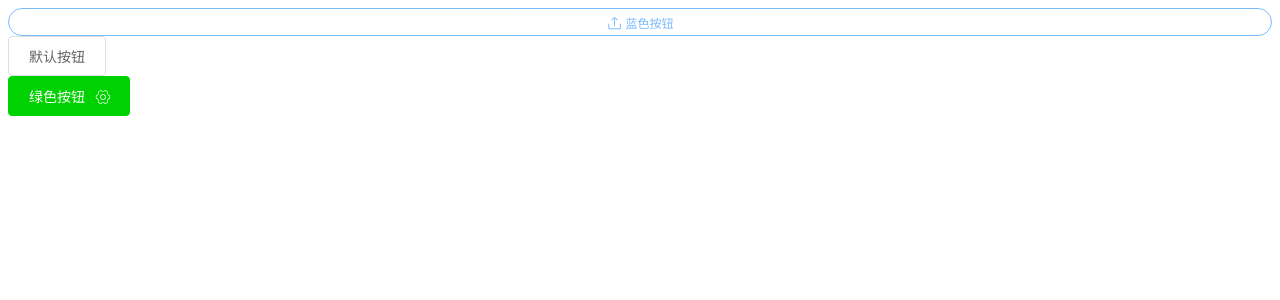
Repository: Cherry-pan/component-packing
Page: /
The author's editor kept a copy of each file at every save. The page is drawn from the files as they stood at one save, then again after the next save.
The browser window is 1280 px wide. The pictures show the whole page.
The project was rebuilt for these pictures with package versions that can differ from the ones it lists, and the page was loaded fresh each time. Also part of the build but not shown: vue.config.js.

Above is the page before, as saved 2022-04-30 19:51:40.

After the next save:
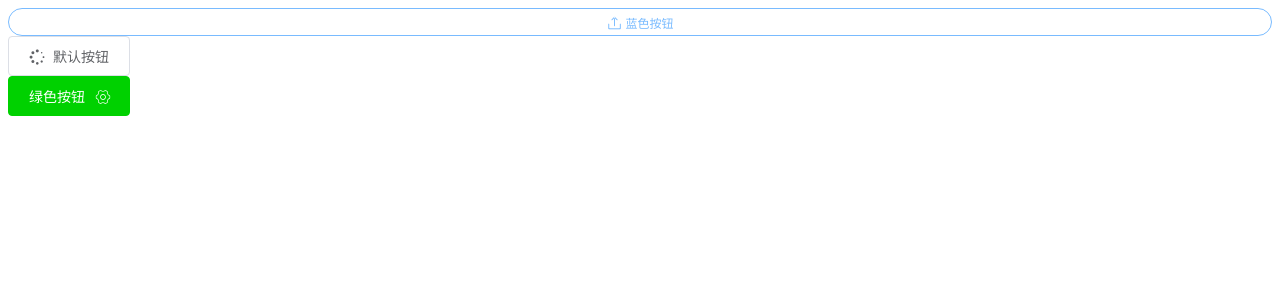
Saved 24 s later.
--- a/src/components/button/Button.vue
+++ b/src/components/button/Button.vue
@@ -55,7 +55,8 @@ export default {
       type: String,
       default: ""
     },
-    block: Boolean
+    block: Boolean,
+    loading:Boolean
   },
   computed: {
     // 监听变化
